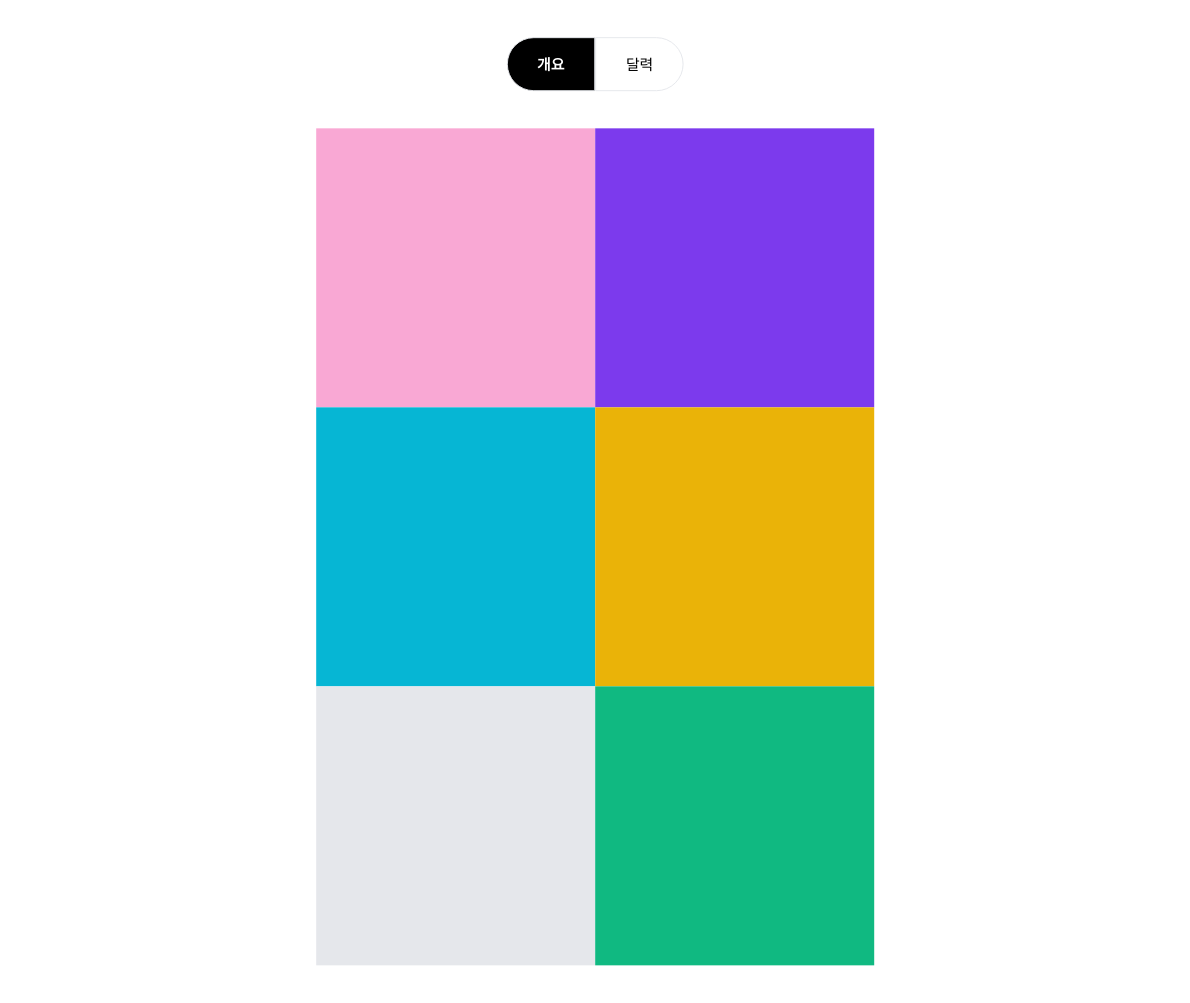
Repository: honey-punch/my-alcohol
Page: /
The author's editor kept a copy of each file at every save. The page is drawn from the files as they stood at one save, then again after the next save.
The browser window is 1280 px wide. The pictures show the whole page, at 93% of full size.
The project was rebuilt for these pictures with package versions that can differ from the ones it lists, and the page was loaded fresh each time. The framework's server and built-in components were replaced by stand-ins that run in the browser. Also part of the build but not shown: next.config.ts, src/app/_component/Calendar.tsx.

Above is the page before, as saved 2025-02-10 15:45:07.

After the next save:
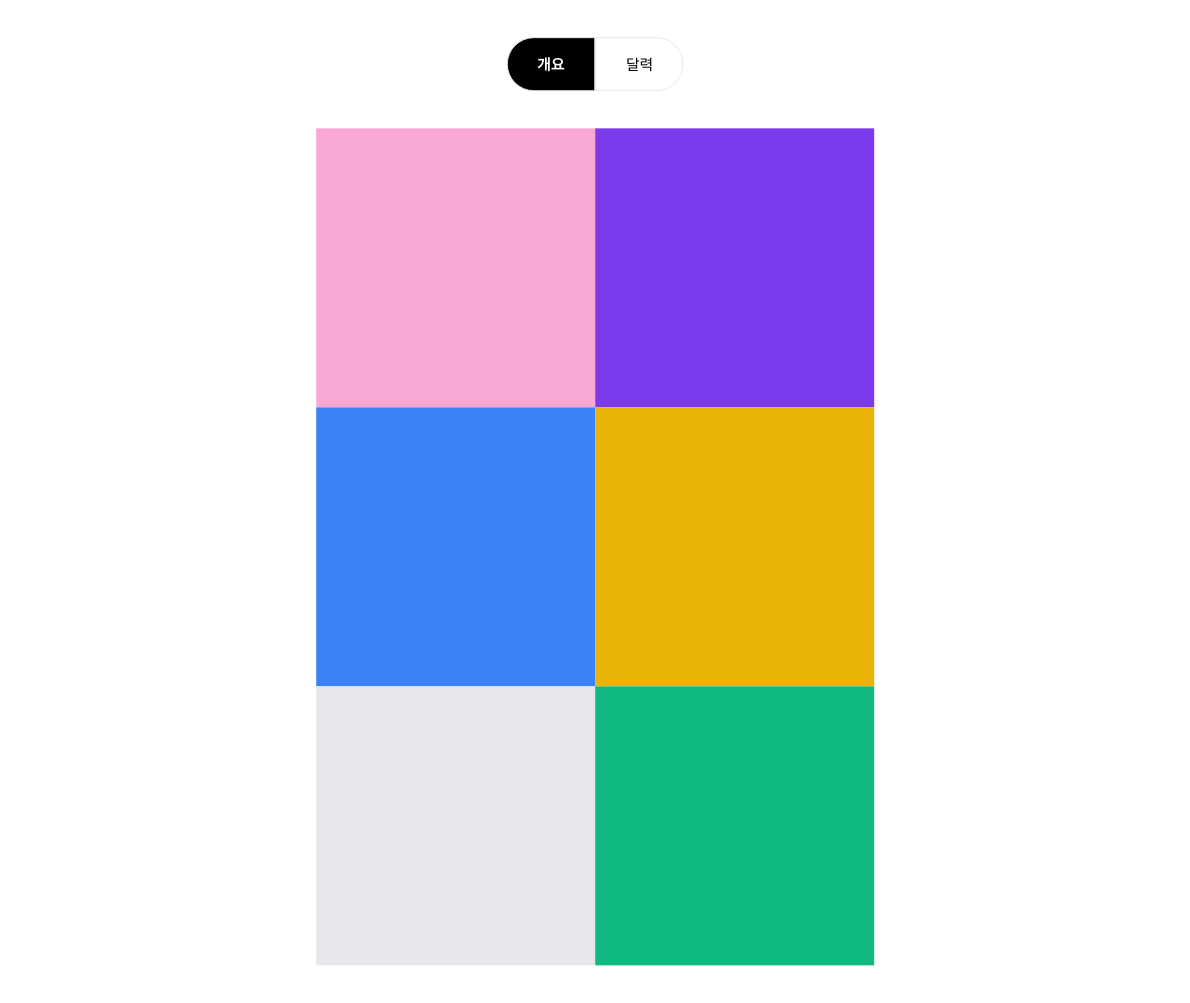
Saved 5 s later.
--- a/src/app/_component/Summary.tsx
+++ b/src/app/_component/Summary.tsx
@@ -36,7 +36,7 @@ export default function Summary() {
       ></div>
       <div
         style={{ width: `${BOX_SIZE}px`, height: BOX_SIZE }}
-        className="bg-cyan-500"
+        className="bg-blue-500"
       ></div>
       <div
         style={{ width: `${BOX_SIZE}px`, height: BOX_SIZE }}
